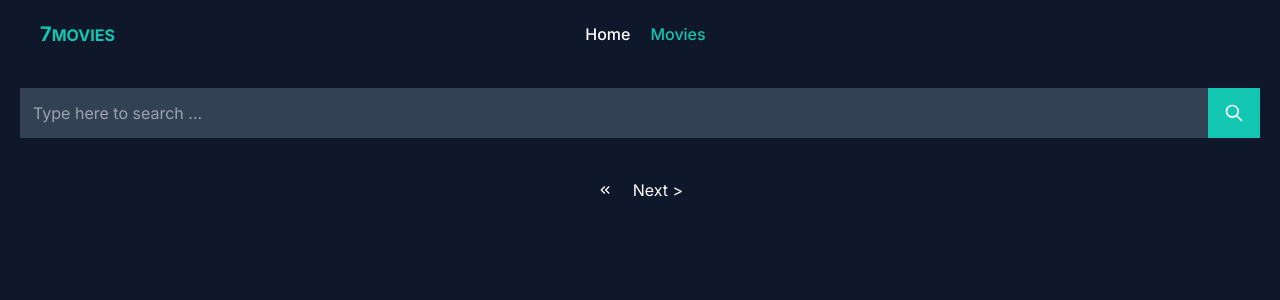
Repository: ajincome26/trailer-movies
Page: /movies
The author's editor kept a copy of each file at every save. The page is drawn from the files as they stood at one save, then again after the next save.
The browser window is 1280 px wide. The pictures show the whole page.
The page's requests for data from a server got no answer. The project was rebuilt for these pictures with package versions that can differ from the ones it lists, and the page was loaded fresh each time. No one was signed in, and anything a server would have sent is missing. Also part of the build but not shown: vite.config.js, src/components/banner/BannerItem.jsx, src/components/banner/Banner.jsx, src/components/movie/MovieCard.jsx, src/components/movie/MovieList.jsx, src/pages/HomePage.jsx, src/pages/MovieDetailsPage.jsx.

Above is the page before, as saved 2023-04-01 23:11:01.

After the next save:
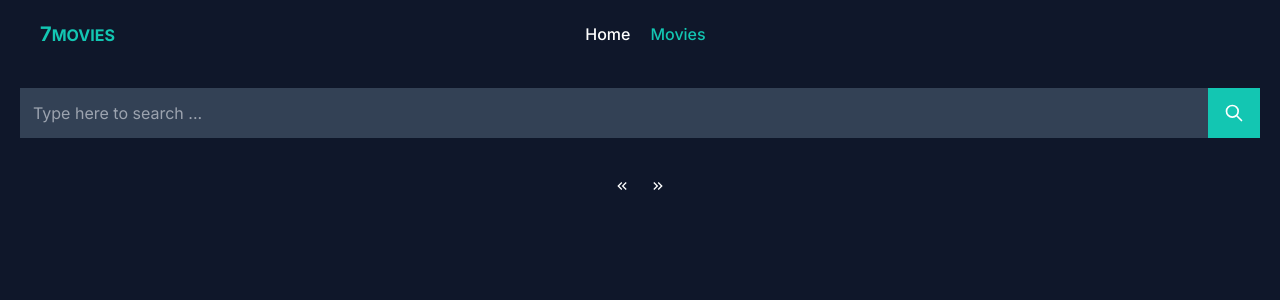
Saved 24 s later.
--- a/src/pages/MoviePage.jsx
+++ b/src/pages/MoviePage.jsx
@@ -75,7 +75,7 @@ const MoviePage = () => {
       )}
       <ReactPaginate
         breakLabel="..."
-        nextLabel="Next >"
+        nextLabel={<MdKeyboardDoubleArrowRight />}
         onPageChange={handlePageClick}
         pageRangeDisplayed={5}
         pageCount={pageCount}
